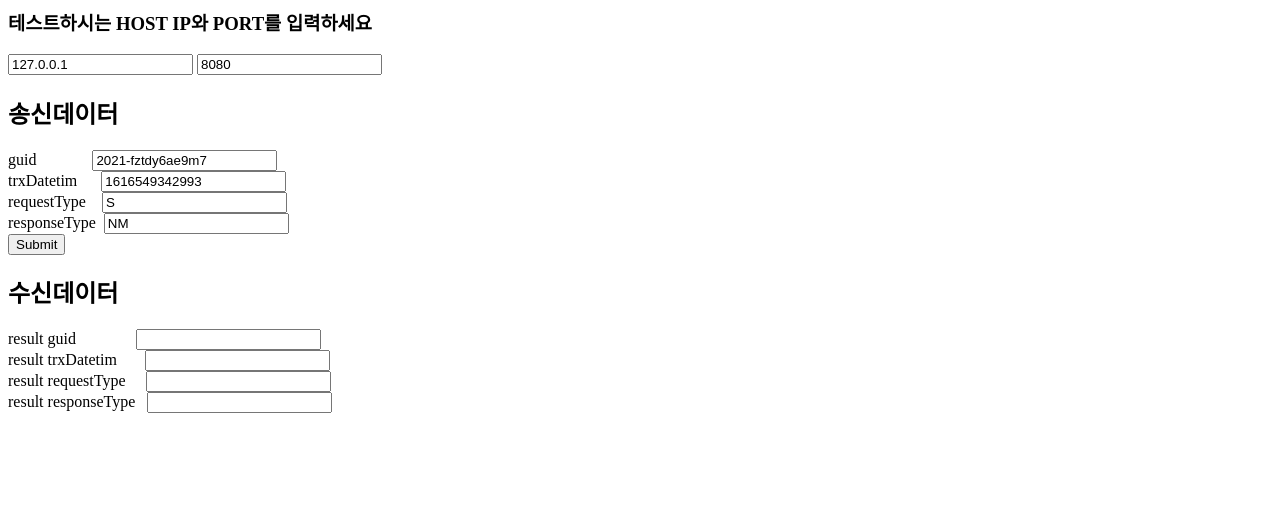
Repository: kchan75/kakaobank
Page: inserver/src/main/resources/static/index.html
An editor plug-in stored every save of this project. The page is shown before and after the next save, followed by the edit.
The browser window is 1280 px wide. The pictures show the whole page.

Above is the page before, as saved 2021-03-24 10:30:04.

After the next save:
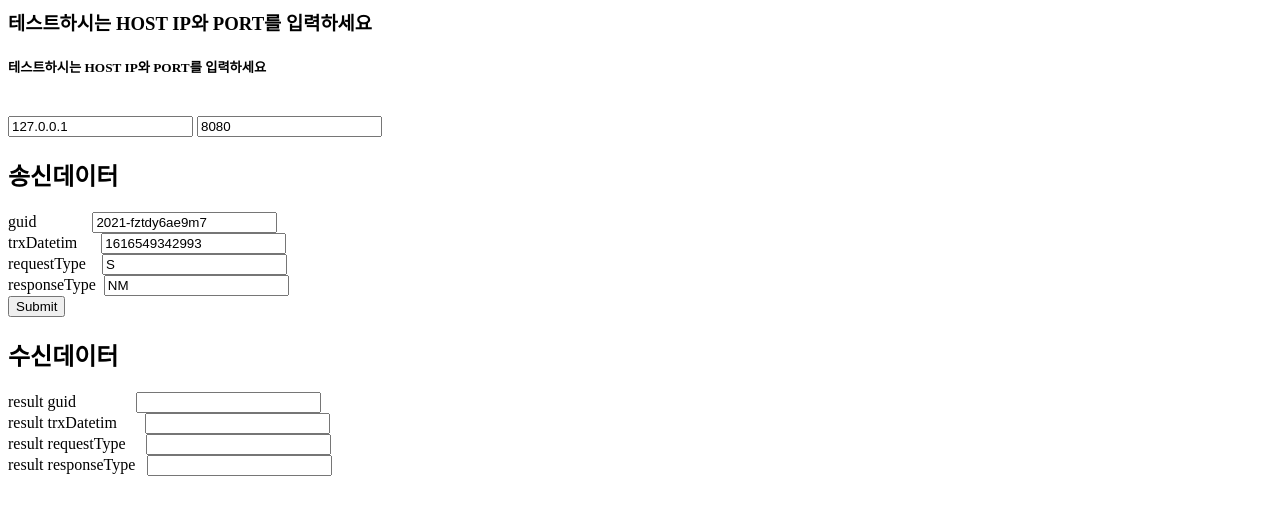
Saved 2 min 18 s later.
--- a/inserver/src/main/resources/static/index.html
+++ b/inserver/src/main/resources/static/index.html
@@ -12,6 +12,7 @@
 
 <body >
 	<h3>테스트하시는 HOST IP와 PORT를 입력하세요</h3>
+	<h5>테스트하시는 HOST IP와 PORT를 입력하세요</h5></br>
 	<input type="text" id="sendHost" value="127.0.0.1" />
 	<input type="text" id="sendPost" value="8080" />
 	<h2>송신데이터</h2>
